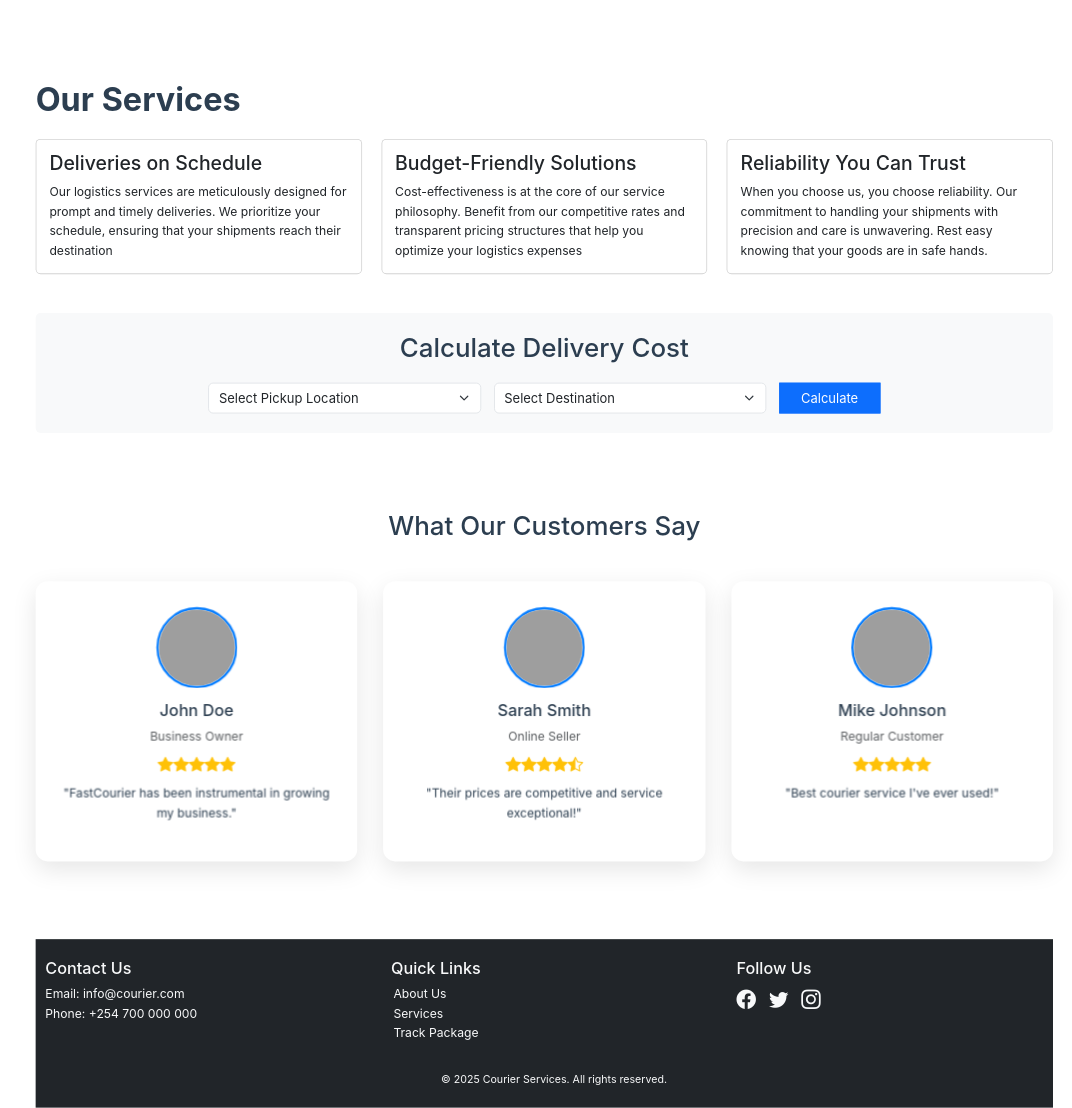
Repository: stancillous/package-yangu-logistics
Page: /
These files come from the project's save history. The page is drawn as it stood at one moment and after a run of saves; the edit follows.
The browser window is 1280 px wide. The page is 1324 px wide, so the pictures cover 1324 px, including what lies to the right of the window. The pictures show the part of the page from y = 676 to 2044 px (the page is 2044 px tall), at 81% of full size.
Pictures or frames that could not be fetched are drawn as grey boxes. The project was rebuilt for these pictures with package versions that can differ from the ones it lists, and the page was loaded fresh each time. Also part of the build but not shown: vite.config.ts.

Above is the page before, as saved 2025-01-31 14:11:06.

### index.html
<!DOCTYPE html>
<html lang="">
  <head>
    <meta charset="UTF-8">
    <meta name="viewport" content="width=device-width, initial-scale=1.0">
    <link rel="icon" href="/favicon.ico">

    <!-- Bootstrap CSS -->
    <link href="https://cdn.jsdelivr.net/npm/bootstrap@5.3.0/dist/css/bootstrap.min.css" rel="stylesheet">
    <!-- Bootstrap Icons -->
    <link href="https://cdn.jsdelivr.net/npm/bootstrap-icons@1.11.1/font/bootstrap-icons.css" rel="stylesheet">

    <!-- Fonts -->

    <link rel="preconnect" href="https://fonts.googleapis.com">
    <link rel="preconnect" href="https://fonts.gstatic.com" crossorigin>
    <link href="https://fonts.googleapis.com/css2?family=Roboto:ital,wght@0,100..900;1,100..900&display=swap" rel="stylesheet">
    <title>Courier</title>

    <style>
      body{
        font-family: 'Roboto', sans-serif;
        overflow-x: hidden;
        width: 100vw;
      }

      button{
        border-radius: 0 !important;
      }

    </style>
  </head>
  <body>
    <div id="app"></div>


    <script type="module" src="/src/main.ts"></script>
    <!-- Bootstrap JS -->
    <script src="https://cdn.jsdelivr.net/npm/bootstrap@5.3.0/dist/js/bootstrap.bundle.min.js"></script>
  </body>
</html>

### src/main.ts
import './assets/main.css'

import { createApp } from 'vue'
import App from './App.vue'
import router from './router'

// import { BootstrapVue, BootstrapVueIcons } from 'bootstrap-vue'

// import 'bootstrap/dist/css/bootstrap.css'
// import 'bootstrap-vue/dist/bootstrap-vue.css'

const app = createApp(App)

// app.use(BootstrapVue)
// app.use(BootstrapVueIcons)

app.use(router)

app.mount('#app')

### src/App.vue
<script setup lang="ts">
import { RouterLink, RouterView } from 'vue-router'
import Index from './views/Index.vue'
</script>

<template>
  <div>
    <Index/>
  </div>

</template>

<style scoped>

body{
  border: 8px solid red !important;
}
</style>

### src/router/index.ts
import { createRouter, createWebHistory } from 'vue-router'
import Index from '../views/Index.vue'

const router = createRouter({
  history: createWebHistory(import.meta.env.BASE_URL),
  routes: [
    {
      path: '/',
      name: 'home',
      component: Index,
    },
    // {
    //   path: '/about',
    //   name: 'about',
    //   // route level code-splitting
    //   // this generates a separate chunk (About.[hash].js) for this route
    //   // which is lazy-loaded when the route is visited.
    //   component: () => import('../views/AboutView.vue'),
    // },
  ],
})

export default router

### src/views/Index.vue
<template>
    <div class="container">
      <nav class="navbar navbar-expand-lg navbar-light bg-white fixed-top shadow-sm">
        <div class="container">
          <a class="navbar-brand d-flex align-items-center" href="#">
            <i class="bi bi-box-seam fs-2 text-primary me-2"></i>
            <span class="fw-bold">FastCourier</span>
          </a>
          <button class="navbar-toggler" type="button" data-bs-toggle="collapse" data-bs-target="#navbarNav">
            <span class="navbar-toggler-icon"></span>
          </button>
          <div class="collapse navbar-collapse" id="navbarNav">
              <ul class="navbar-nav ms-auto">
                  <li><small class="text-uppercase"><a class="nav-link" href="#">home</a></small></li>
                  <li><small class="text-uppercase"><a class="nav-link" href="#">services</a></small></li>
                  <li><small class="text-uppercase"><a class="nav-link" href="#">about us</a></small></li>
                  <li><small class="text-uppercase"><a class="nav-link" href="#">news</a></small></li>
              </ul>
              <div class="ms-5">
                  <button class="btn btn-sm btn-outline-primary">CONTACT US</button>
              </div>
          </div>
        </div>
      </nav>

      <div class="content-wrapper">
        <div class="hero-section">
            <div class="hero-content">
                <h1 class="fw-bold  display-4">Seamless Shipping, <br> Unmatched Care</h1>
                <p class="card-text">Delivering Convenience with Every Shipment. Enjoy smooth logistics and outstanding customer service backed by our commitment to excellence.</p>
                <button class="btn btn-sm btn-light px-4 py-2 text-primary">Get Started</button>
            </div>
        </div>


        <!-- Services Section -->
        <div style="padding-top: 700px;" class="">
          <h2 class="fw-bold display-6 mb-4">Our Services</h2>
          <div class="row g-4">
            <div class="col-md-4">
              <div class="card h-100">
                <div class="card-body">
                  <!-- <i class="bi bi-truck fs-1 text-primary mb-3"></i> -->
                  <h4 class="card-title">Deliveries on Schedule</h4>
                  <p class="card-text">Our logistics services are meticulously designed for prompt and timely deliveries. We prioritize your schedule, ensuring that your shipments reach their destination</p>
                </div>
              </div>
            </div>
            <div class="col-md-4">
              <div class="card h-100">
                <div class="card-body">
                  <!-- <i class="bi bi-globe fs-1 text-primary mb-3"></i> -->
                  <h4 class="card-title">Budget-Friendly Solutions</h4>
                  <p class="card-text">Cost-effectiveness is at the core of our service philosophy. Benefit from our competitive rates and transparent pricing structures that help you optimize your logistics expenses</p>
                </div>
              </div>
            </div>
            <div class="col-md-4">
              <div class="card h-100">
                <div class="card-body">
                  <!-- <i class="bi bi-shield-check fs-1 text-primary mb-3"></i> -->
                  <h4 class="card-title">Reliability You Can Trust</h4>
                  <p class="card-text">When you choose us, you choose reliability. Our commitment to handling your shipments with precision and care is unwavering. Rest easy knowing that your goods are in safe hands.</p>
                </div>
              </div>
            </div>
          </div>
        </div>

        <!-- Delivery Calculator -->
        <div class="calculator-section my-5 py-4 bg-light rounded">
          <h2 class="text-center mb-4">Calculate Delivery Cost</h2>
          <div class="row justify-content-center">
            <div class="col-md-8">
              <div class="row g-3">
                <div class="col-md-5">
                  <select v-model="pickup" class="form-select">
                    <option value="" disabled selected>Select Pickup Location</option>
                    <option value="nairobi">Nairobi</option>
                    <option value="mombasa">Mombasa</option>
                    <option value="kisumu">Kisumu</option>
                    <option value="nakuru">Nakuru</option>
                    <option value="eldoret">Eldoret</option>
                  </select>
                </div>
                <div class="col-md-5">
                  <select v-model="destination" class="form-select">
                    <option value="" disabled selected>Select Destination</option>
                    <option value="nairobi">Nairobi</option>
                    <option value="mombasa">Mombasa</option>
                    <option value="kisumu">Kisumu</option>
                    <option value="nakuru">Nakuru</option>
                    <option value="eldoret">Eldoret</option>
                  </select>
                </div>
                <div class="col-md-2">
                  <button @click="calculatePrice" class="btn btn-primary w-100">Calculate</button>
                </div>
              </div>
              <div v-if="price" class="mt-4 text-center">
                <h4>Estimated Cost: KES {{ price }}</h4>
              </div>
            </div>
          </div>
        </div>

        <!-- Reviews Section -->
        <div class="reviews-section my-5 py-5">
          <h2 class="text-center mb-5">What Our Customers Say</h2>
          <div class="reviews-grid">
            <div class="review-card">
              <div class="review-image">
                <img src="https://randomuser.me/api/portraits/men/32.jpg" alt="John Doe">
              </div>
              <h5 class="mt-3">John Doe</h5>
              <p class="text-muted mb-2">Business Owner</p>
              <div class="rating mb-2">
                <i class="bi bi-star-fill text-warning"></i>
                <i class="bi bi-star-fill text-warning"></i>
                <i class="bi bi-star-fill text-warning"></i>
                <i class="bi bi-star-fill text-warning"></i>
                <i class="bi bi-star-fill text-warning"></i>
              </div>
              <p>"FastCourier has been instrumental in growing my business."</p>
            </div>

            <div class="review-card">
              <div class="review-image">
                <img src="https://randomuser.me/api/portraits/women/44.jpg" alt="Sarah Smith">
              </div>
              <h5 class="mt-3">Sarah Smith</h5>
              <p class="text-muted mb-2">Online Seller</p>
              <div class="rating mb-2">
                <i class="bi bi-star-fill text-warning"></i>
                <i class="bi bi-star-fill text-warning"></i>
                <i class="bi bi-star-fill text-warning"></i>
                <i class="bi bi-star-fill text-warning"></i>
                <i class="bi bi-star-half text-warning"></i>
              </div>
              <p>"Their prices are competitive and service exceptional!"</p>
            </div>

            <div class="review-card">
              <div class="review-image">
                <img src="https://randomuser.me/api/portraits/men/67.jpg" alt="Mike Johnson">
              </div>
              <h5 class="mt-3">Mike Johnson</h5>
              <p class="text-muted mb-2">Regular Customer</p>
              <div class="rating mb-2">
                <i class="bi bi-star-fill text-warning"></i>
                <i class="bi bi-star-fill text-warning"></i>
                <i class="bi bi-star-fill text-warning"></i>
                <i class="bi bi-star-fill text-warning"></i>
                <i class="bi bi-star-fill text-warning"></i>
              </div>
              <p>"Best courier service I've ever used!"</p>
            </div>
          </div>
        </div>

        <!-- Footer -->
        <footer class="bg-dark text-light py-4 mt-5">
          <div class="container">
            <div class="row">
              <div class="col-md-4">
                <h5>Contact Us</h5>
                <p>Email: info@courier.com<br>
                   Phone: +254 700 000 000</p>
              </div>
              <div class="col-md-4">
                <h5>Quick Links</h5>
                <ul class="list-unstyled">
                  <li><a href="#" class="text-light">About Us</a></li>
                  <li><a href="#" class="text-light">Services</a></li>
                  <li><a href="#" class="text-light">Track Package</a></li>
                </ul>
              </div>
              <div class="col-md-4">
                <h5>Follow Us</h5>
                <div class="fs-4">
                  <i class="bi bi-facebook me-3"></i>
                  <i class="bi bi-twitter me-3"></i>
                  <i class="bi bi-instagram"></i>
                </div>
              </div>
            </div>
            <div class="text-center mt-3">
              <small>&copy; 2025 Courier Services. All rights reserved.</small>
            </div>
          </div>
        </footer>
      </div>
    </div>
  </template>

  <script>
  export default {
    name: 'Index',
    data() {
      return {
        pickup: '',
        destination: '',
        price: null
      }
    },
    methods: {
      calculatePrice() {
        if (this.pickup && this.destination) {
          // Generate a random price between 1000 and 5000
          this.price = Math.floor(Math.random() * (5000 - 1000 + 1)) + 1000;
        }
      }
    }
  }
  </script>

  <style scoped>

.hero-section {
    position: absolute;
    left: 0;
  width: 100vw;
  height: 600px;
  background-image: url('https://images.unsplash.com/photo-1578575437130-527eed3abbec');
  background-size: cover;
  background-position: center;
  /* position: relative; */
  display: flex;
  align-items: center;
  justify-content: center;
  color: white;
  margin-left: calc(-50vw + 50%);
  margin-right: calc(-50vw + 50%);
}

.hero-section::before {
  content: '';
  position: absolute;
  top: 0;
  left: 0;
  width: 100%;
  height: 100%;
  background: rgba(0, 0, 0, 0.6);
}

.hero-content {
  position: relative;
  z-index: 2;
  max-width: 800px;
  text-align: left;
  padding: 0 1rem;
}

  button{
    border-radius: 0 !important;
  }
  .container {
      width: 100vw;
      max-width: 1500px;
      margin: auto;
  }

  .content-wrapper {
      margin-top: 76px;
  }

  .carousel-caption {
    background: rgba(0, 0, 0, 0.5);
    padding: 2rem;
    border-radius: 10px;
  }

  .card {
    transition: transform 0.3s;
  }

  .card:hover {
    transform: translateY(-5px);
  }

  .reviews-grid {
      display: grid;
      grid-template-columns: repeat(auto-fit, minmax(300px, 1fr));
      gap: 2rem;
      perspective: 1000px;
  }

  .review-card {
      background: white;
      border-radius: 15px;
      padding: 2rem;
      text-align: center;
      box-shadow: 0 10px 30px rgba(0, 0, 0, 0.1);
      transition: transform 0.5s;
      transform-style: preserve-3d;
  }

  .review-card:hover {
      transform: translateZ(20px) rotateX(5deg);
  }

  .review-image {
      width: 100px;
      height: 100px;
      margin: 0 auto;
      border-radius: 50%;
      overflow: hidden;
      border: 3px solid #007bff;
  }

  .review-image img {
      width: 100%;
      height: 100%;
      object-fit: cover;
  }

  .rating {
      font-size: 1.2rem;
  }

  @media (max-width: 768px) {
      .reviews-grid {
          grid-template-columns: 1fr;
      }
  }
  </style>

Loaded but not shown: src/assets/main.css (common file); src/assets/base.css (common file)

After the next 4 saves:
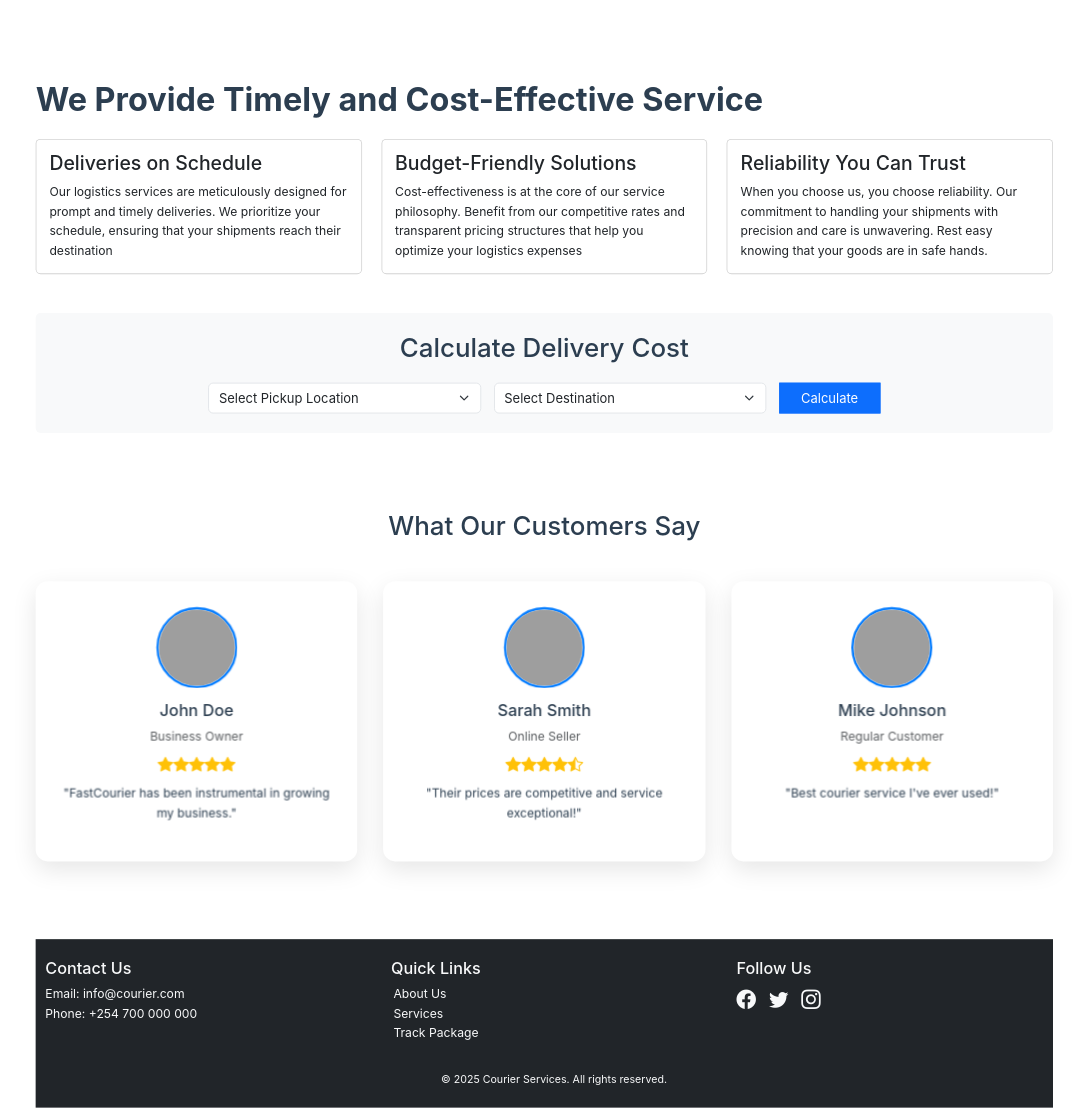
The 4 saves are shown as one change because they came seconds apart.
The last was saved 15 s later.
--- a/src/views/Index.vue
+++ b/src/views/Index.vue
@@ -35,7 +35,7 @@
 
         <!-- Services Section -->
         <div style="padding-top: 700px;" class="">
-          <h2 class="fw-bold display-6 mb-4">Our Services</h2>
+          <h2 class="fw-bold display-6 mb-4">We Provide Timely and Cost-Effective Service</h2>
           <div class="row g-4">
             <div class="col-md-4">
               <div class="card h-100">
